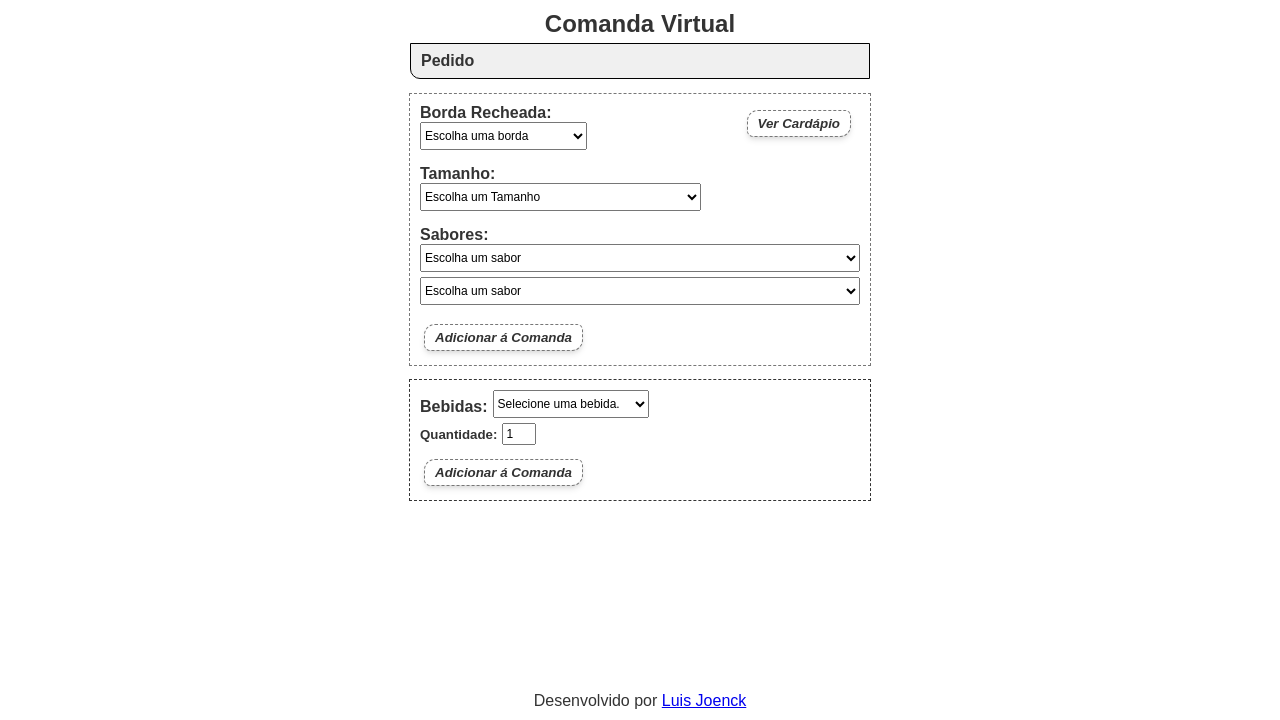
Repository: Joenck91/front-comanda-virtual
Page: index.html
These files come from the project's save history. The page is drawn as it stood at one moment and after the next save; the edit follows.
The browser window is 1280 px wide. The pictures show the whole page.

Above is the page before, as saved 2025-10-05 14:29:42.

### index.html
<!DOCTYPE html>
<html lang="pt-br">
<head>
    <meta charset="UTF-8">
    <meta name="viewport" content="width=device-width, initial-scale=1.0">
    <title>Virtual Command</title>
    <link rel="stylesheet" href="style/base.css">
    <link rel="stylesheet" href="style/layout.css">
    <link rel="stylesheet" href="style/modules.css">
    <link rel="stylesheet" href="style/themes.css">
    <link rel="stylesheet" href="style/responsive.css">
</head>
<body class="body-style">
    <header>
        <div class="title-buttons">
            <h2>Comanda Virtual</h2>
        </div>
        <div class="command-box" id="total">
            <p><strong>Pedido</strong></p>
            <div class="ordered-items"></div>
            <!--CRIAR ESTRUTURA DE PEDIDO COM JSON-->
        </div>
    </header>

    <main>
        <!-- Cardápio-->
        <div class="view-menu-box" id="view-menu-box"></div>
        <!-- Formulário de Pizzas-->
        <form class="unit-pizza-box">

            <!-- Borda recheada -->
            <div class="border-pizza-box pad-bot-10">
                <label for="border"><h4>Borda Recheada:</h4></label>
                <select name="border" id="border">
                    <option value="" selected >Escolha uma borda</option>
                </select>
            </div>

            <!-- Tamanho da pizza -->
            <div class="size-pizza-box pad-bot-10">
                <label for="size"><h4>Tamanho:</h4></label>
                <select name="size" id="size">
                    <option value="" selected >Escolha um Tamanho</option>
                </select>
            </div>

            <!-- Sabores -->
            <div id="choose-pizza-box" class="choose-pizza-box pad-bot-10">
                <button type="button" class="buttons-style view-menu-button" id="view-menu"><strong>Ver Cardápio</strong></button>
                <label for="flavors"><h4>Sabores:</h4></label>
                <select name="flavors" id="flavor_one" class="flavor_one">
                    <option value="" selected >Escolha um sabor</option>
                </select>
                <select name="flavors" id="flavor_two" class="flavor_two">
                    <option value="" selected >Escolha um sabor</option>
                </select>
                <select name="flavors" id="flavor_three" class="flavor_three">
                    <option value="" selected >Escolha um sabor</option>
                </select>
                <select name="flavors" id="flavor_four" class="flavor_four">
                    <option value="" selected >Escolha um sabor</option>
                </select>
            </div>

            <button type="submit" class="buttons-style"><strong>Adicionar á Comanda</strong></button>
        </form>

        <!-- Formulário de Bebidas -->
        <form class="command-drink">
            <div class="choose-drink-box">
                <label for="drinks"><h4>Bebidas:</h4></label>
                <select name="drinks" id="">
                    <option value="drinks">Selecione uma bebida.</option>
                </select>
            </div>
            <div class="unit-input-drink">
                <label for="unit-drink"><h5>Quantidade:</h5></label>
                <input type="number" name="unit-drink" id="unit-drink" min="1" value="1" required>
            </div>
            <button type="submit" class="buttons-style"><strong>Adicionar á Comanda</strong></button>
        </form>
    </main>
    <footer>
        <p>Desenvolvido por <a href="www.instagram.com/joenckluis">Luis Joenck</a></p>
    </footer>

<script type="module" src="script/main.js"></script>
</body>
</html>

### style/base.css
*{
    margin:0;
    padding:0;
    box-sizing:border-box;
}
html, body{
    width:100%;
    height: 100%;
    display:flex;
    flex-direction:column;
    align-items: center;
    justify-content: start;
    overflow: auto;
    font-family: Arial, Helvetica, sans-serif;
    color: #333;
}
body{
    max-width: 500px;
}
header{
    width: 100%;
    display: flex;
    flex-direction: column;
    justify-content: center;
    align-items: center;
    padding: 10px 20px 0 20px;
    top:0;
    left: 0;
    z-index: 1000;
    background-color: white;
}
main{
    flex: 1;
    overflow: auto;
    margin: 0 auto;
    padding: 0 20px;
    border-radius: 4px;
    width: 100%;
    max-width: 100%;
    position: relative;
}
h1{
    padding-bottom: 15px;
}
h2{
    padding-bottom: 5px;
}
li{
    font-style: italic;
}
button{
    background-color: #ccc;
    color: #333;
    padding: 5px 10px;
    border: 1px solid #333;
    border-radius: 5px;
    margin:5px;
    box-shadow: 0 4px 6px rgba(0, 0, 0, 0.1),
    0 2px 4px rgba(0, 0, 0, 0.06);
}
button:hover{
    cursor:pointer;
}
select{
    margin-bottom: 5px;
    padding: 5px 0;
    font-size: 12px;
}
label{
    margin-right: 5px;
}
input[type="number"] {
    font-size: 12px;
    padding: 2px;
    width: 5ch;
}
input:hover{
    cursor: pointer;
}
option p{
    background-color: #f0f0f0;
    padding: 5px;
}
footer{
    padding: 10px;
}

### style/layout.css
/*-----------------------------------------------------------------------------*/
/*                               HEADER                                        */
/*-----------------------------------------------------------------------------*/

/*-----------------------------------------------------------------------------*/
/*                          PEDIDO                                     */
/*-----------------------------------------------------------------------------*/
.command-box{
    background-color:#f0f0f0;
    width: 100%;
    padding: 8px 10px;
    height: fit-content;
    border-bottom-left-radius: 10px;
    border: 1px solid black;
    display: flex;
    flex-direction: column;
}
.ordered-item{
    border: 1px dashed #333;
    padding: 5px;
    margin: 5px 0;
    min-width: 100%;
}

/*-----------------------------------------------------------------------------*/
/*                              CARDÁPIO                                       */
/*-----------------------------------------------------------------------------*/
.view-menu-box{/*pagina do cardápio*/
    position: absolute;
    right: 20px;
    left: 20px;
    background-color:rgb(255, 244, 227);
    padding: 10px;
    width: fit-content;
    max-width: 94%;
    height: 80vh;
    overflow: auto;
    border-radius: 15px;
    display: none;
    flex-direction: column;
    box-shadow: 0 4px 8px #00000033;
    z-index: 1000;
    outline: 1px dashed #333;
}
.menu-title{/*titulos do cardápio 'pizzas/bebidas*/
    border-bottom: 2px dashed black;
    text-align: center;
    padding: 3px;
    margin: 15px 0;
}
.menu-item{/*Itens do menu*/
    margin: 3px 0;
}
.pizza-description{/*Descrições de cada item*/
    margin-left: 25px;
}
/*-----------------------------------------------------------------------------*/
/*                        UNIDADE DE PIZZA                                     */
/*-----------------------------------------------------------------------------*/
.unit-pizza-box{/*Div pai com as opções de escolhas de uma pizza.*/
    outline: 1px dashed #777;
    padding: 10px;
    margin: 15px 0;
}
.border-pizza-box, .size-pizza-box{/*Box com opções de bordas*/

    display: flex;
    flex-direction: column;
    width: fit-content;
    align-items: start;
}
.choose-pizza-box{/*box referente aos campos para escolher sabores*/
    display: flex;
    flex-direction: column;
    position: relative;
}
.flavor_three, .flavor_four{/*Referente ao terceiro e quarto sabro que só devem aparecer conforme escolha de tamanhos.*/
    display: none;
}
/*-----------------------------------------------------------------------------*/
/*                        UNIDADE DE BEBIDA                                    */
/*-----------------------------------------------------------------------------*/
.command-drink{/*Div pai com as opções de escolhas de uma bebida*/
    outline: 1px dashed #333;
    padding: 10px;
    margin: 15px 0;
}
.choose-drink-box, .unit-input-drink{
    display: flex;
    flex-direction: row;
    align-items: center;
}
.unit-input-drink{
    padding-bottom: 10px;
}

### style/modules.css
/*-----------------------------------------------------------------------------*/
/*                             BOTÕES                                          */
/*-----------------------------------------------------------------------------*/
.view-menu-button{
    position: absolute;
    top: -120px;
    right: 5px;;
}
.menu-exit{/*botão que fecha o cardápio*/
    display: flex;
    position: sticky;
    top:0;
    width: fit-content;
    margin-left: auto;
    background-color: #f0f0f0;
    box-shadow: 0 4px 6px rgba(0, 0, 0, 0.1),
    0 2px 4px rgba(0, 0, 0, 0.06);
    border-radius: 2px 10px;
}
.buttons-style{/*Estilo para os botões*/
    width: fit-content;
    outline: 1px dashed #777;
    border: none;
    border-radius: 10px 5px;
    background-color: white;
    font-style: italic;
}
/*-----------------------------------------------------------------------------*/
/*                     PARA VÁRIOS ELEMENTOS                                   */
/*-----------------------------------------------------------------------------*/
.pad-bot-10{
    padding-bottom: 10px;
}

### script/main.js
import viewMenuBox from "./interface/view-menu.js";
import menuShowClose from "./buttons/menu-show-close.js";
import * as inputsContent from "./interface/inputs-contents.js"
import chooseSize from "./interface/choose-sizes.js";
import * as writingOrders from "./command/orders.js";

//Funções que precisam acessar json.
document.addEventListener('DOMContentLoaded', ()=>{
    // Faz uma requisição GET para a rota /api/menu para buscar os dados do cardápio.
    fetch('./data/menu.json')
    .then(res => res.json()) // Converte a resposta para JSON.
    .then(menu => {


        viewMenuBox(menu);  //Carrega menu.
        menuShowClose();    //Abre e fecha cardápio.
        inputsContent.showBorders(menu.borders);//Opções de bordas
        inputsContent.showsizes(menu.sizes);//Opções de tamanhos
        inputsContent.showFlavors(menu.pizzas);//Opções de pizzas
        inputsContent.showDrinks(menu.drinks);  //Opções de bebidas
        chooseSize();//Define quantidade de sabores de acordo com o tamanho selecionado.
        writingOrders.writingOrder(menu);//Armazena as opçoes escolhidas pelo usuário na variável orders


    })
    .catch(err => console.error('Erro ao carregar menu:', err));// Captura e exibe no console qualquer erro ocorrido ao carregar o menu.
});

### script/interface/view-menu.js
/* ********FUNÇÃO QUE CRIA O CARDÁPIO ******** */


export default function viewMenuBox (menu){
  const box = document.getElementById('view-menu-box');
        box.innerHTML = ''; // Limpa o conteúdo da div

        //Cria o titula Pizzas
        const titlePizza = document.createElement('h3');
        titlePizza.classList.add('menu-title');
        titlePizza.textContent = 'Pizzas';
        box.appendChild(titlePizza);

        const exit = document.createElement('button');
        exit.type ='button';
        exit.classList.add('menu-exit')
        exit.classList.add('exit-delete')
        exit.id = 'menuExit';
        exit.textContent = 'Sair';
        box.appendChild(exit);

        // Cria a lista das pizzas
        menu.pizzas.forEach(pizza => {
          const pizzaDiv = document.createElement('div');
          pizzaDiv.classList.add('menu-item'); // você pode estilizar no CSS

          const pizzaTitle = document.createElement('h4');
          pizzaTitle.textContent = `🍕 ${pizza.name}`;

          const pizzaDesc = document.createElement('p');
          pizzaDesc.classList.add('pizza-description')
          pizzaDesc.textContent = pizza.description;

          pizzaDiv.appendChild(pizzaTitle);
          pizzaDiv.appendChild(pizzaDesc);
          box.appendChild(pizzaDiv);
        });

        //Cria o titulo Bebidas
        const titleDrink = document.createElement('h3');
        titleDrink.classList.add('title');
        titleDrink.textContent = 'Bebidas';
        box.appendChild(titleDrink);

        //Cria a lista das bebidas
        menu.drinks.forEach(drink => {
          const drinkDiv = document.createElement('div');
          drinkDiv.classList.add('item');

          const drinkTitle = document.createElement('h4');
          drinkTitle.textContent = `🥤 ${drink.name} - R$ ${drink.price.toFixed(2)}`;

          drinkDiv.appendChild(drinkTitle);
          box.appendChild(drinkDiv);
        });
};

### script/buttons/menu-show-close.js

//Função para mostrar cardápiio e fechar cardápio
export default function menuShowClose (){
    const viewMenu = document.getElementById('view-menu');//Identifica o botão com "Ver cardápio"
    const closeMenu = document.getElementById('menuExit');//Identifica botão "sair" do cardápio.
    const menuBox = document.querySelector('.view-menu-box');//Identifica div que mostra cardápio

    viewMenu.addEventListener('click',()=>{//Escuta o evento de clique no botão "Ver cardápio"
        console.log("abrir")
        menuBox.style.display = 'flex';
    });
    closeMenu.addEventListener('click', ()=>{//Escuta o evento clique no botão "sair"
       console.log("sair");
        menuBox.style.display = 'none';
    });
};

### script/interface/inputs-contents.js
// Funções para preencher os selects
function showsizes(sizes) {
    const selectSizes = document.getElementById("size");
    sizes.forEach(size => {
        const option = document.createElement("option");
        option.value = size.name;
        option.textContent = `${size.name} - R$${size.price.toFixed(2)}`;
        selectSizes.appendChild(option);
    });
}

function showFlavors(pizzas) {
    const selectsFlavors = [
        document.getElementById("flavor_one"),
        document.getElementById("flavor_two"),
        document.getElementById("flavor_three"),
        document.getElementById("flavor_four")
    ];

    selectsFlavors.forEach(select => {
        pizzas.forEach(pizza => {
            const option = document.createElement("option");
            option.value = pizza.name;
            option.textContent = pizza.name;
            select.appendChild(option);
        });
    });
}

function showBorders(borders) {
    const selectBorder = document.getElementById("border");
    borders.forEach(border => {
        const option = document.createElement("option");
        option.value = border.name;
        option.textContent = `${border.name} - R$${border.price.toFixed(2)}`;
        selectBorder.appendChild(option);
    });
}

function showDrinks(drinks) {
    const selectDrinks = document.querySelector('.command-drink select');
    drinks.forEach(drink => {
        const option = document.createElement("option");
        option.value = drink.name;
        option.textContent = `${drink.name} - R$${drink.price.toFixed(2)}`;
        selectDrinks.appendChild(option);
    });
}

export {showBorders, showsizes, showFlavors, showDrinks};

### script/interface/choose-sizes.js
// Pega o select de tamanho
const selectSize = document.getElementById("size");

// Variável para armazenar o tamanho selecionado
let sizeChecked = "";

//Função para exibir os sabores de acordo com a escolha do tamanho da pizza
function updateFlavor(size) {
    document.querySelector('.flavor_three').style.display = (size === 'GRANDE(3 sabores, 12 fatias, 35cm)' || size === 'GIGANTE(4 sabores, 16 fatias, 40cm)' || size === 'KING(4 sabores, 20 fatias, 45cm)') ? 'flex' : 'none';//Se o tamanho for grande, gigante e king: aparece o terceiro sabor
    document.querySelector('.flavor_four').style.display = (size === 'GIGANTE(4 sabores, 16 fatias, 40cm)' || size === 'KING(4 sabores, 20 fatias, 45cm)') ? 'flex' : 'none';//Se o tamanho for gigante e king: aparece o quarto sabor.
}

export default function chooseSizes (){
        // Escuta quando o usuário muda a opção
    selectSize.addEventListener("change", (event) => {
        sizeChecked = event.target.value; // aqui está o valor selecionado
        updateFlavor(sizeChecked);
    });
};

### script/command/orders.js
import  showItems from "../interface/command-box/show-items.js";
//Array que guarda todos os pedidos da sessão
let notedOrder = {
    pizzas: [],
    drinks: []
};

function writingOrder (menu){
    // Captura o envio do formulário de pizza
    const formPizza = document.querySelector('.unit-pizza-box');
    formPizza.addEventListener('submit', (e) => {
        e.preventDefault(); // evita reload da página
        //código aqui

        const pizzaOrder = {
            pizza: document.getElementById('size').value,
            borda: document.getElementById('border').value,
            sabores: [
                document.getElementById('flavor_one').value,
                document.getElementById('flavor_two').value,
                document.getElementById('flavor_three').value,
                document.getElementById('flavor_four').value
            ].filter(s => s), // remove strings vazias
        };

        // Adiciona ao array de pedidos
        notedOrder.pizzas.push(pizzaOrder);

        // Atualiza a exibição dos itens pedidos
        showItems(notedOrder);


        console.log(notedOrder);


    });

    //Captura o envio do formulário de bebidas
    const formDrinks = document.querySelector('.command-drink');
    formDrinks.addEventListener('submit', (e) =>{
        e.preventDefault(); //evita reload da página
        //código aqui
        const drinkOrder = {
            bebida: document.querySelector('.command-drink select').value,
            quantidadeBebida: parseInt(document.getElementById('unit-drink').value, 10)
        };

        // Adiciona ao array de pedidos
        notedOrder.drinks.push(drinkOrder);
        // Atualiza a exibição dos itens pedidos
        showItems(notedOrder);


        console.log(notedOrder);
    });

};

export {writingOrder, notedOrder};

### script/interface/command-box/show-items.js

//função que mostra os itens pedidos na interface
export default function showItems(notedOrder){
    const orderedItemsDiv = document.getElementById('ordered-items');
    orderedItemsDiv.innerHTML = ''; // Limpa o conteúdo anterior

    // Mostra pizzas
    notedOrder.pizzas.forEach((pizza, index) => {
        const pizzaDiv = document.createElement('div');
        pizzaDiv.classList.add('ordered-item');
        pizzaDiv.innerHTML = `
            <h4>Pizza ${index + 1}</h4>
            <p><strong>Tamanho:</strong> ${pizza.pizza}</p>
            <p><strong>Borda:</strong> ${pizza.borda}</p>
            <p><strong>Sabor(es):</strong> ${pizza.sabores.join(', ')}</p>
        `;
        orderedItemsDiv.appendChild(pizzaDiv);
    });

    // Mostra bebidas
    notedOrder.drinks.forEach((drink, index) => {
        const drinkDiv = document.createElement('div');
        drinkDiv.classList.add('ordered-item');
        drinkDiv.innerHTML = `
            <h4>Bebida ${index + 1}</h4>
            <p><strong>Tipo:</strong> ${drink.bebida}</p>
            <p><strong>Quantidade:</strong> ${drink.quantidadeBebida}</p>
        `;
        orderedItemsDiv.appendChild(drinkDiv);
    });
};

Loaded but not shown: data/menu.json (282 lines, source omitted); style/themes.css (no stored copy; drawn as an empty file); style/responsive.css (no stored copy; drawn as an empty file)

After the next save:
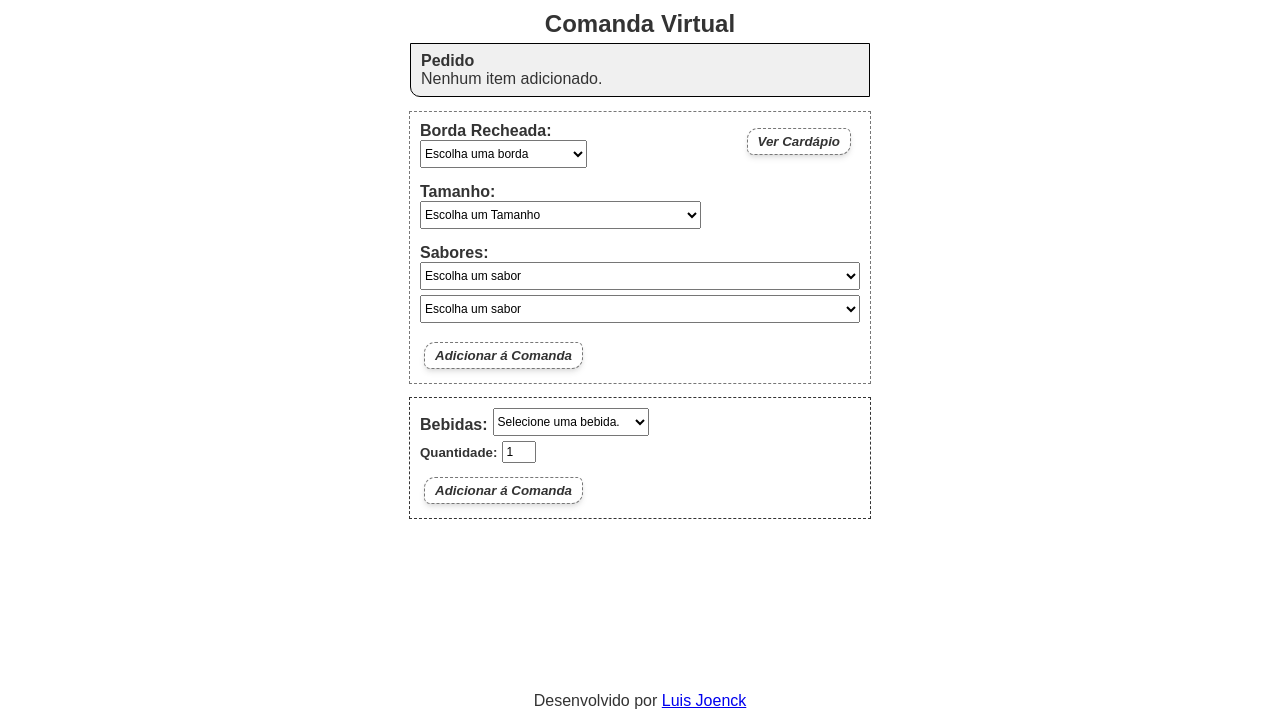
Saved 2 min 43 s later.
--- a/index.html
+++ b/index.html
@@ -17,8 +17,10 @@
         </div>
         <div class="command-box" id="total">
             <p><strong>Pedido</strong></p>
-            <div class="ordered-items"></div>
+            <div class="ordered-items" id="ordered-items">
+                <p>Nenhum item adicionado.</p>
             <!--CRIAR ESTRUTURA DE PEDIDO COM JSON-->
+            </div>
         </div>
     </header>
 
